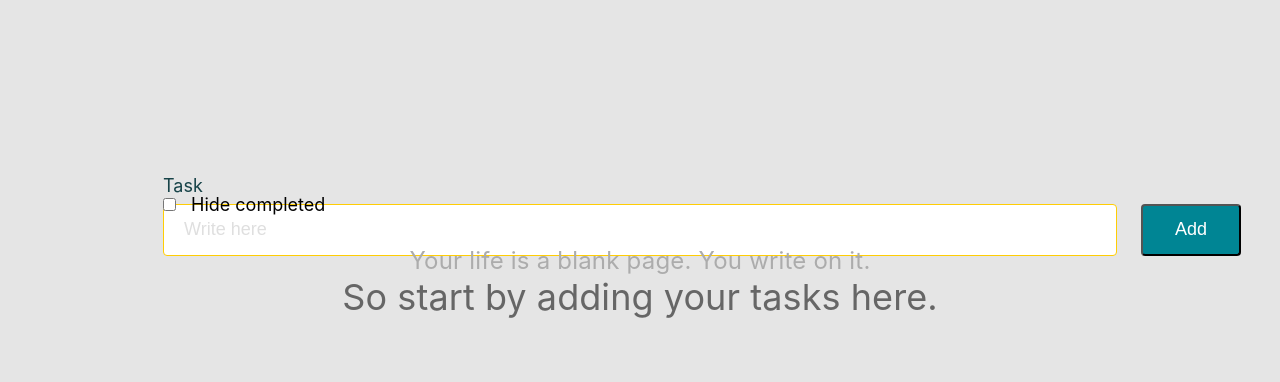
Repository: ArusyakAghajanyan/ToDoMamble
Page: /
The author's editor kept a copy of each file at every save. The page is drawn from the files as they stood at one save, then again after the next save.
The browser window is 1280 px wide. The pictures show the whole page.
The project was rebuilt for these pictures with package versions that can differ from the ones it lists, and the page was loaded fresh each time. Also part of the build but not shown: src/components/toDoItem.css, src/components/ToDoItem.jsx, src/components/confirm.css, src/components/Confirm.jsx.

Above is the page before, as saved 2022-05-25 13:09:57.

After the next save:
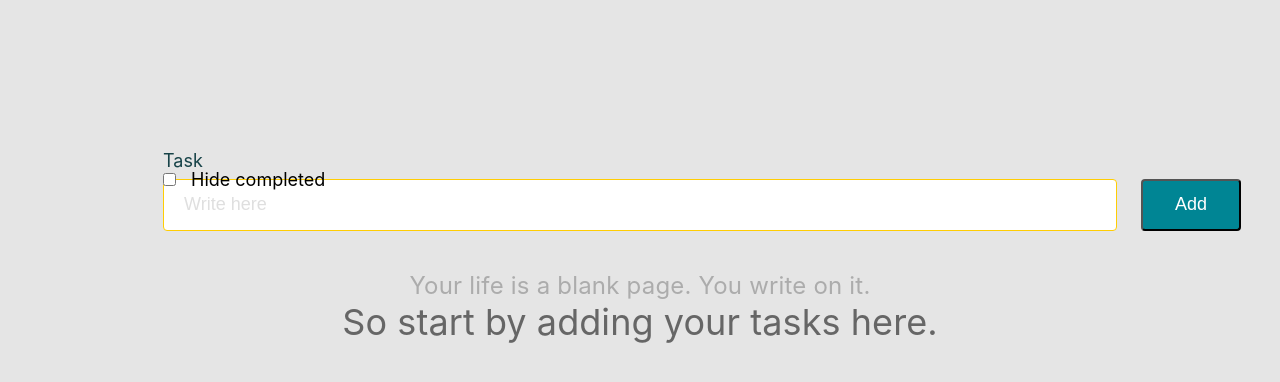
Saved 6 s later.
--- a/src/components/toDoList.css
+++ b/src/components/toDoList.css
@@ -9,7 +9,7 @@
 justify-content: center;
 align-items: center;
 flex-direction: column;
-margin-top: ;
+margin-top: 50px;
 
  }
 .firstP{
